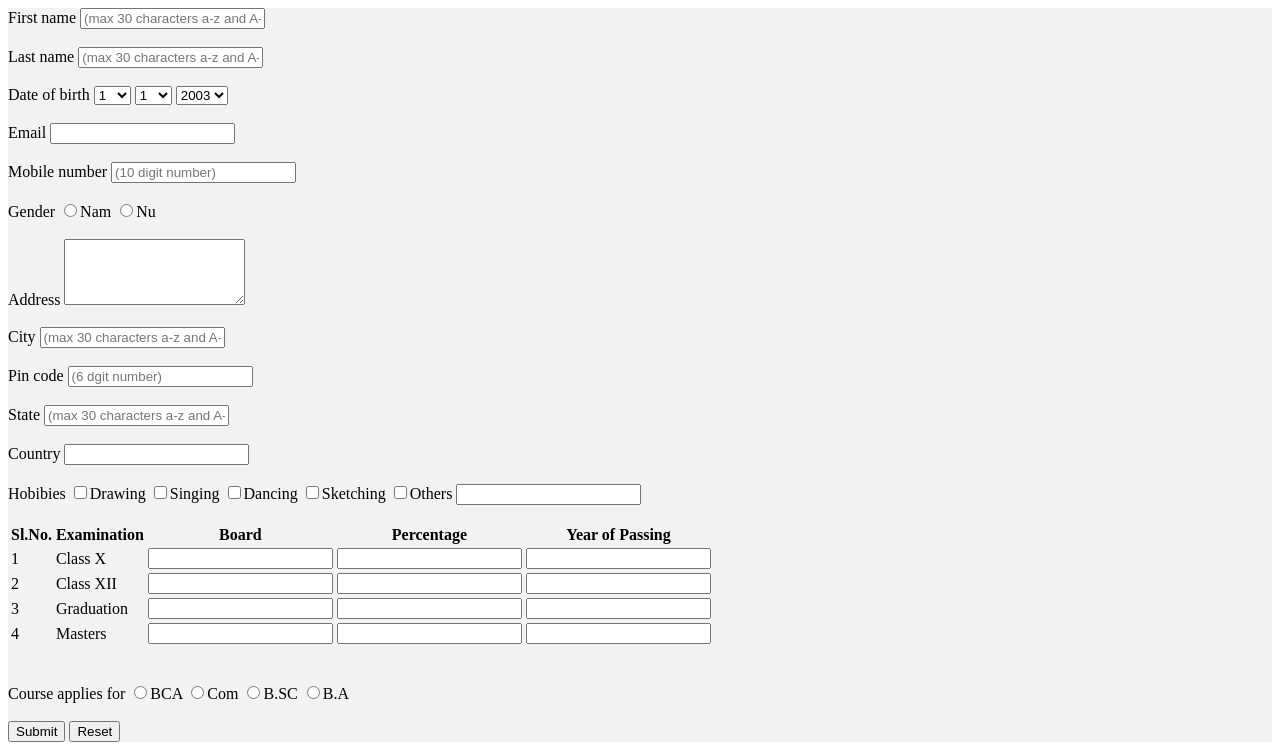
Repository: Knguyen2003/Spring
Page: http://localhost/PhanNguyenKhoiNguyen_21068021_Tuan04/StudentForm.jsp
The author's editor kept a copy of each file at every save. The page is drawn from the files as they stood at one save, then again after the next save.
The browser window is 1280 px wide. The pictures show the whole page.
The page is served by Tomcat 10. Other server files are loaded and not shown.

Above is the page before, as saved 2024-09-11 10:27:23.

### JavaServlet/Tuan4/PhanNguyenKhoiNguyen_21068021_Tuan04/src/main/webapp/StudentForm.jsp
<%@ page language="java" contentType="text/html; charset=ISO-8859-1"
	pageEncoding="ISO-8859-1"%>
<!DOCTYPE html>
<html>
<head>
<meta charset="ISO-8859-1">
<title>Insert title here</title>
<style>
form {
	background-color: #f2f2f2;
}
</style>
</head>
<body>

	<form action="StudentSevlet" method="post">

		<label>First name</label> <input type="text" name="txtFirstName"
			maxlength="30" placeholder="(max 30 characters a-z and A-z)">
		<br> <br> <label>Last name</label> <input type="text"
			name="txtLastName" maxlength="30"
			placeholder="(max 30 characters a-z and A-z)"><br> <br>
		<label>Date of birth</label> <select id="ngay" name="day">
			<option value="01">1</option>
			<option value="02">2</option>
			<option value="03">3</option>
			<option value="04">4</option>
			<option value="05">5</option>
			<option value="06">6</option>
			<option value="07">7</option>
			<option value="08">8</option>
			<option value="09">9</option>
			<option value="10">10</option>
		</select> <select id="thang" name="month">
			<option value="01">1</option>
			<option value="02">2</option>
			<option value="03">3</option>
			<option value="04">4</option>
			<option value="05">5</option>
			<option value="06">6</option>
			<option value="07">7</option>
			<option value="08">8</option>
			<option value="09">9</option>
			<option value="10">10</option>
			<option value="11">11</option>
			<option value="12">12</option>
		</select> <select id="name" name="year">
			<option value="2003">2003</option>
			<option value="2004">2004</option>
			<option value="2005">2005</option>
			<option value="2006">2006</option>
		</select><br> <br> <label>Email</label> <input type="text"
			name="txtEmail" maxlength="30"><br> <br> <label>Mobile
			number</label> <input type="text" name="txtPhone" maxlength="30"
			placeholder="(10 digit number)"><br> <br> <label>Gender</label>
		<label><input type="radio" name="gioitinh" value="nam"
			required>Nam</label> <label><input type="radio"
			name="gioitinh" value="nu">Nu</label><br> <br> <label>Address</label>
		<textarea rows="4" cols="20" name="txtAddress"></textarea>
		<br> <br> <label>City</label> <input type="text"
			name="txtCity" maxlength="30"
			placeholder="(max 30 characters a-z and A-z)"><br> <br>
		<label>Pin code</label> <input type="text" name="txtPincode"
			maxlength="30" placeholder="(6 dgit number)"><br> <br>
		<label>State</label> <input type="text" name="txtState" maxlength="30"
			placeholder="(max 30 characters a-z and A-z)"><br> <br>
		<label>Country</label> <input type="text" name="txtCountry"
			maxlength="30"><br> <br> <label>Hobibies</label> <label><input
			type="checkbox" name="hobbies" value="Drawing">Drawing</label> <label><input
			type="checkbox" name="hobbies" value="Singing">Singing</label> <label><input
			type="checkbox" name="hobbies" value="Dancing">Dancing</label> <label><input
			type="checkbox" name="hobbies" value="Sketching">Sketching</label> <label><input
			type="checkbox" name="hobbies" value="Others">Others</label> <input
			type="text" name="other" maxlength="30"> <br> <br>
		<table>
			<thead>
				<tr>
					<th>Sl.No.</th>
					<th>Examination</th>
					<th>Board</th>
					<th>Percentage</th>
					<th>Year of Passing</th>
				</tr>
			</thead>
			<tbody>
				<tr>
					<td>1</td>
					<td>Class X</td>
					<td><input type="text" maxlength="10"></td>
					<td><input type="text" class="short-input" maxlength="5"></td>
					<td><input type="text" class="short-input" maxlength="4"></td>
				</tr>
				<tr>
					<td>2</td>
					<td>Class XII</td>
					<td><input type="text" maxlength="10"></td>
					<td><input type="text" class="short-input" maxlength="5"></td>
					<td><input type="text" class="short-input" maxlength="4"></td>
				</tr>
				<tr>
					<td>3</td>
					<td>Graduation</td>
					<td><input type="text" maxlength="10"></td>
					<td><input type="text" class="short-input" maxlength="5"></td>
					<td><input type="text" class="short-input" maxlength="4"></td>
				</tr>
				<tr>
					<td>4</td>
					<td>Masters</td>
					<td><input type="text" maxlength="10"></td>
					<td><input type="text" class="short-input" maxlength="5"></td>
					<td><input type="text" class="short-input" maxlength="4"></td>
				</tr>
			</tbody>
		</table>

		<br> <br> <label>Course applies for</label> <label><input
			type="radio" name="course" value="BCA" required>BCA</label> <label><input
			type="radio" name="course" value="Com">Com</label> <label><input
			type="radio" name="course" value="B.SC" required>B.SC</label> <label><input
			type="radio" name="course" value="B.A">B.A</label><br> <br>
		<input type="submit" value="Submit"> <input type="reset"
			value="Reset">

	</form>


</body>
</html>

After the next save:
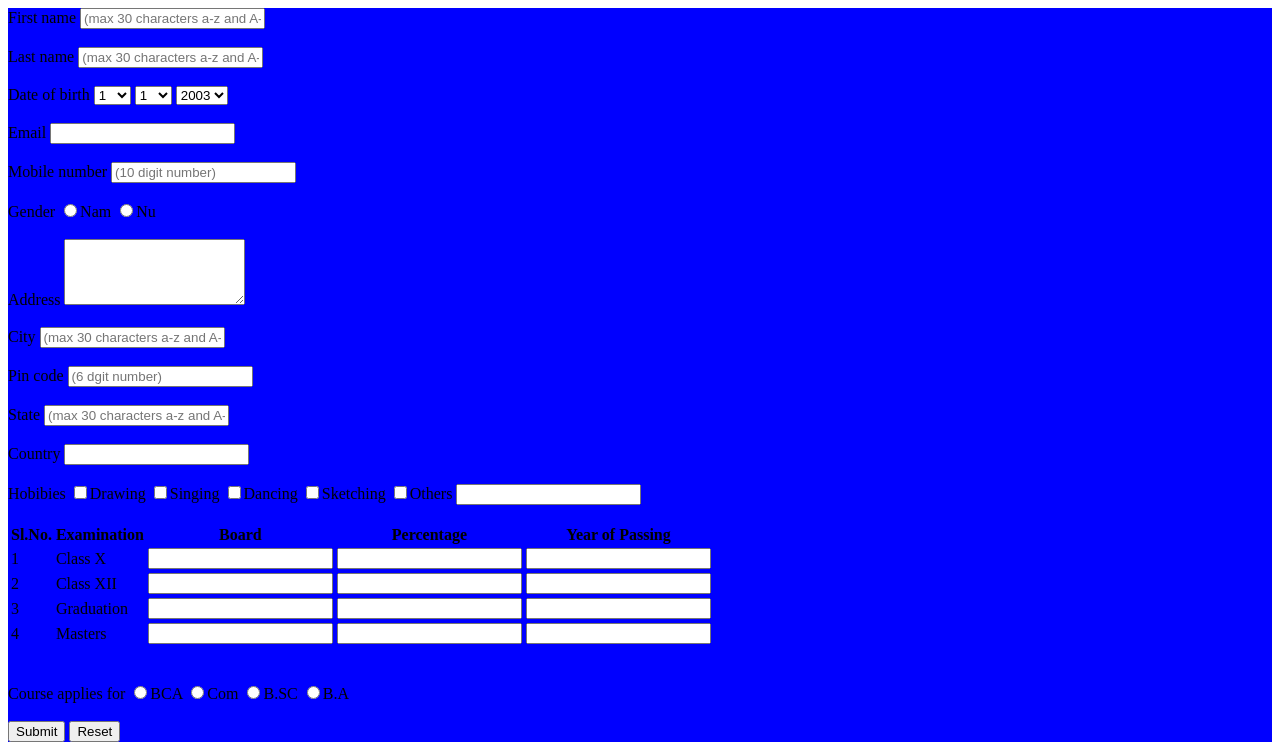
Saved 19 s later.
--- a/JavaServlet/Tuan4/PhanNguyenKhoiNguyen_21068021_Tuan04/src/main/webapp/StudentForm.jsp
+++ b/JavaServlet/Tuan4/PhanNguyenKhoiNguyen_21068021_Tuan04/src/main/webapp/StudentForm.jsp
@@ -7,7 +7,7 @@
 <title>Insert title here</title>
 <style>
 form {
-	background-color: #f2f2f2;
+	background-color: blue;
 }
 </style>
 </head>
